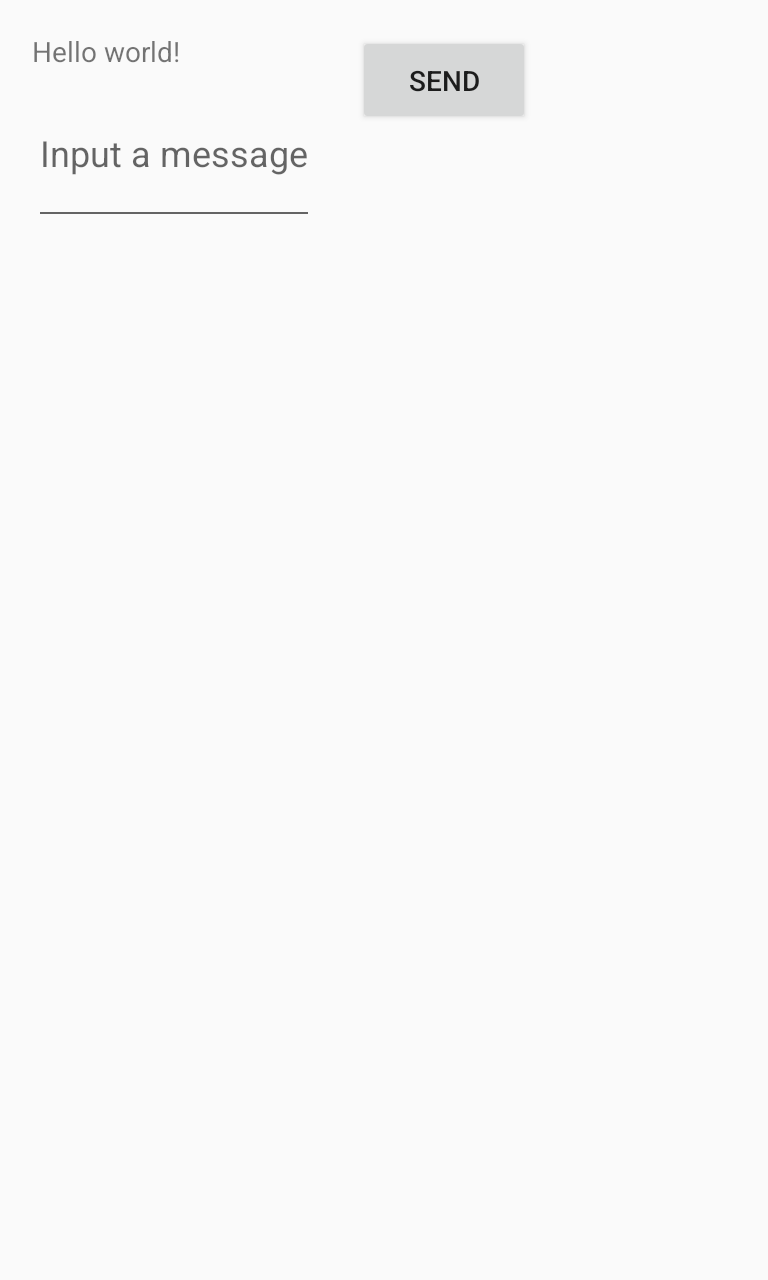
Repository: deanzaka/Shroom-Smart-Terminal
Layout: TestDoang/res/layout/activity_main.xml
These files come from the project's save history. The layout is drawn as it stood at one moment and after the next save; the edit follows.
It is drawn on a 768 x 1280 px phone screen (xhdpi) without system bars, with theme AppTheme; the app's code is not run.

Above is the layout before, as saved 2014-11-16 18:11:13.

### TestDoang/res/layout/activity_main.xml
<RelativeLayout xmlns:android="http://schemas.android.com/apk/res/android"
    xmlns:tools="http://schemas.android.com/tools"
    android:layout_width="match_parent"
    android:layout_height="match_parent"
    android:paddingBottom="@dimen/activity_vertical_margin"
    android:paddingLeft="@dimen/activity_horizontal_margin"
    android:paddingRight="@dimen/activity_horizontal_margin"
    android:paddingTop="@dimen/activity_vertical_margin"
    tools:context="shroom.test.doang.MainActivity" >

    <TextView
        android:id="@+id/hello"
        android:layout_width="wrap_content"
        android:layout_height="wrap_content"
        android:text="@string/hello_world" />

    <EditText
        android:id="@+id/edit_msg"
        android:layout_below="@id/hello"
        android:layout_height="80dp"
        android:layout_width="wrap_content"
        android:hint="@string/edit_msg"
        />

    <Button
        android:layout_toRightOf="@id/edit_msg"
        android:layout_width="wrap_content"
        android:layout_height="wrap_content"
        android:layout_marginLeft="20dp"
        android:text="@string/button_send" />

</RelativeLayout>

### TestDoang/res/values/strings.xml
<?xml version="1.0" encoding="utf-8"?>
<resources>

    <string name="app_name">Test Doang</string>
    <string name="hello_world">Hello world!</string>
    <string name="action_settings">Settings</string>
	<string name="edit_msg">Input a message</string>
	<string name="button_send">Send</string>

</resources>

Loaded but not shown: TestDoang/res/values/styles.xml (common file); TestDoang/res/values-v11/styles.xml (common file); TestDoang/res/values-v14/styles.xml (common file); TestDoang/res/values/dimens.xml (common file); TestDoang/res/values-w820dp/dimens.xml (common file)

After the next save:
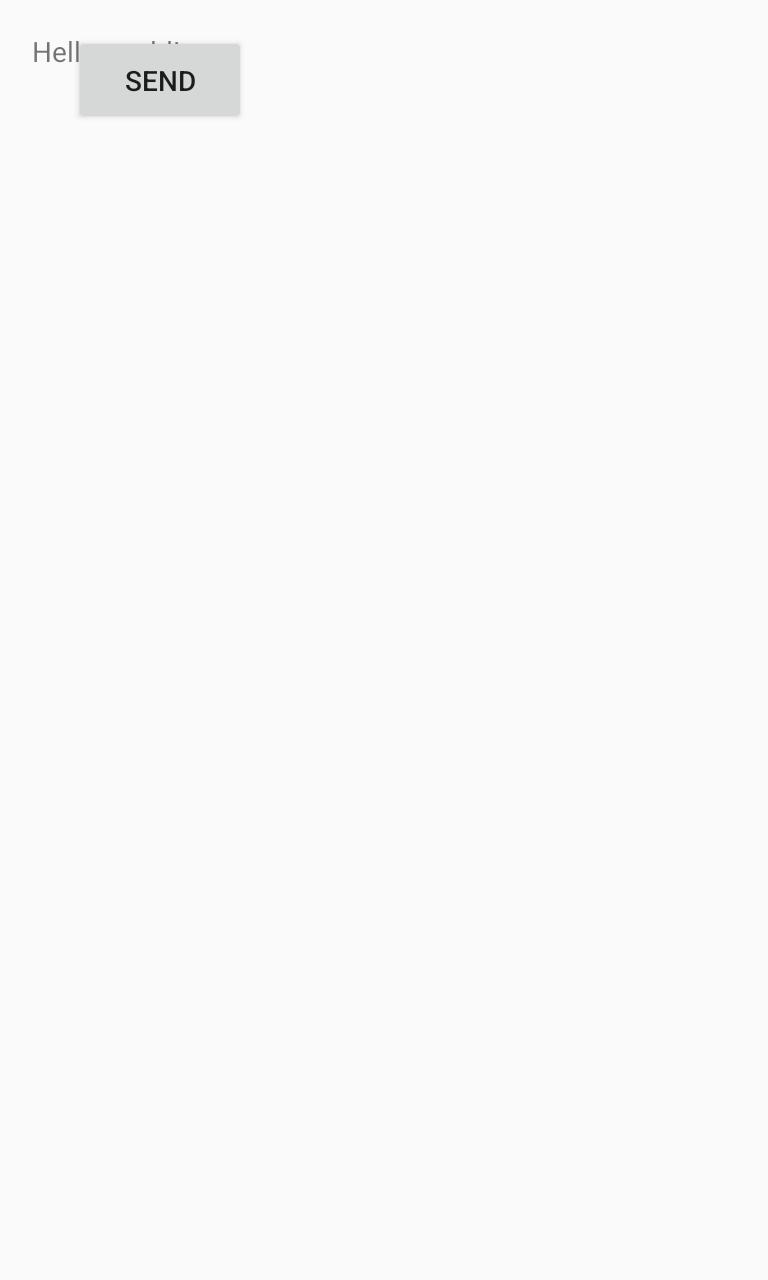
Saved 40 s later.
--- a/TestDoang/res/layout/activity_main.xml
+++ b/TestDoang/res/layout/activity_main.xml
@@ -17,8 +17,8 @@
     <EditText
         android:id="@+id/edit_msg"
         android:layout_below="@id/hello"
-        android:layout_height="80dp"
-        android:layout_width="wrap_content"
+        android:layout_height="wrap_content"
+        android:width="50dp"
         android:hint="@string/edit_msg"
         />
 
